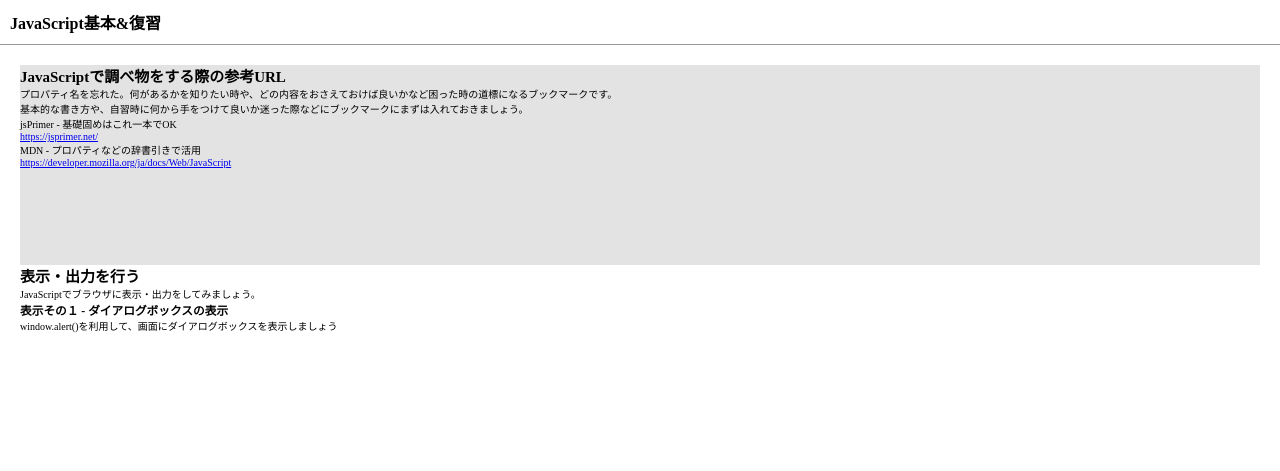
Repository: Yuto-Arakawa/study_js
Page: 01_basic/荒川/ara_basic01.html
The author's editor kept a copy of each file at every save. The page is drawn from the files as they stood at one save, then again after the next save.
The browser window is 1280 px wide. The pictures show the whole page.

Above is the page before, as saved 2026-11-06 14:50:47.

### 01_basic/荒川/ara_basic01.html
<!DOCTYPE html>
<html lang="ja">
<head>
  <meta charset="utf-8">
  <meta name="viewport" content="width=device-width, initial-scale=1">
  <meta name="color-scheme" content="light">
  <meta name="format-detection" content="telephone=no">
  <meta name="description" content="ここに説明文を設定">
  <title>ara_basic01</title>

  <!-- 共有用 OGP / X(Twitter) -->
  <meta property="og:site_name" content="サイト名">
  <meta property="og:title" content="サイトタイトル">
  <meta property="og:description" content="サイト説明文">
  <meta property="og:type" content="website">
  <meta property="og:url" content="https://hoge.ecc.com/">
  <meta property="og:image" content="https://hoge.ecc.com/ogp.png">
  <meta name="twitter:card" content="summary_large_image">
  <meta name="twitter:site" content="@twitteraccount">

  <!-- 正規URL -->
  <link rel="canonical" href="URL">
	<!-- 多言語サイト用 -->
	<!-- <link rel="alternate" hreflang="ja" href="URL"> -->

  <!-- アイコン（SVG優先、ICOフォールバック、Apple Touch） -->
  <link rel="icon" type="image/svg+xml" href="favicon.svg">
  <link rel="alternate icon" href="favicon.ico">
  <link rel="apple-touch-icon" href="apple-touch-icon.png" sizes="180x180">

  <!-- テーマカラー（PWAでなくてもアドレスバー色に反映） -->
  <meta name="theme-color" content="#FFFFFF">

	<!-- スタイルの読み込み -->
    <link rel="stylesheet" href="css/ress.css">
    <link rel="stylesheet" href="css/basic01.css">

</head>
<body>
    <header>
        <h1>JavaScript基本&復習</h1>
    </header>
    <main>
        <div class="reference">
            <h2>JavaScriptで調べ物をする際の参考URL</h2>
                <p>
                    プロパティ名を忘れた。何があるかを知りたい時や、どの内容をおさえておけば良いかなど困った時の道標になるブックマークです。<br>
                    基本的な書き方や、自習時に何から手をつけて良いか迷った際などにブックマークにまずは入れておきましょう。
                </p>

                <p>
                    jsPrimer - 基礎固めはこれ一本でOK<br>
                    <a href="https://jsprimer.net/" target="_blank">https://jsprimer.net/</a>
                </p>
                <p>
                    MDN - プロパティなどの辞書引きで活用<br>
                    <a href="https://developer.mozilla.org/ja/docs/Web/JavaScript" target="_blank">https://developer.mozilla.org/ja/docs/Web/JavaScript</a>
                </p>
        </div>
            <h2>表示・出力を行う</h2>
                <p>JavaScriptでブラウザに表示・出力をしてみましょう。</p>
            <h3>表示その１ - ダイアログボックスの表示</h3>
                <p>window.alert()を利用して、画面にダイアログボックスを表示しましょう</p>
    </main>
</body>
</html>

### 01_basic/荒川/css/ress.css
/* resset.dev • v6.0.0 */

/* # =================================================================
   # Global selectors
   # ================================================================= */

html {
  box-sizing: border-box;
  -webkit-text-size-adjust: 100%; /* Prevent adjustments of font size after orientation changes in iOS */
  word-break: normal;
  -moz-tab-size: 4;
  tab-size: 4;
}

*,
::before,
::after {
  background-repeat: no-repeat; /* Set `background-repeat: no-repeat` to all elements and pseudo elements */
  box-sizing: inherit;
}

::before,
::after {
  text-decoration: inherit; /* Inherit text-decoration and vertical align to ::before and ::after pseudo elements */
  vertical-align: inherit;
}

* {
  padding: 0; /* Reset `padding` and `margin` of all elements */
  margin: 0;
}

/* # =================================================================
   # General elements
   # ================================================================= */

hr {
  overflow: visible; /* Show the overflow in Edge and IE */
  height: 0; /* Add the correct box sizing in Firefox */
  color: inherit; /* Correct border color in Firefox. */
}

details,
main {
  display: block; /* Render the `main` element consistently in IE. */
}

summary {
  display: list-item; /* Add the correct display in all browsers */
}

small {
  font-size: 80%; /* Set font-size to 80% in `small` elements */
}

[hidden] {
  display: none; /* Add the correct display in IE */
}

abbr[title] {
  border-bottom: none; /* Remove the bottom border in Chrome 57 */
  /* Add the correct text decoration in Chrome, Edge, IE, Opera, and Safari */
  text-decoration: underline;
  text-decoration: underline dotted;
}

a {
  background-color: transparent; /* Remove the gray background on active links in IE 10 */
}

a:active,
a:hover {
  outline-width: 0; /* Remove the outline when hovering in all browsers */
}

code,
kbd,
pre,
samp {
  font-family: monospace, monospace; /* Specify the font family of code elements */
}

pre {
  font-size: 1em; /* Correct the odd `em` font sizing in all browsers */
}

b,
strong {
  font-weight: bolder; /* Add the correct font weight in Chrome, Edge, and Safari */
}

/* https://gist.github.com/unruthless/413930 */
sub,
sup {
  font-size: 75%;
  line-height: 0;
  position: relative;
  vertical-align: baseline;
}

sub {
  bottom: -0.25em;
}

sup {
  top: -0.5em;
}

table {
  border-color: inherit; /* Correct border color in all Chrome, Edge, and Safari. */
  text-indent: 0; /* Remove text indentation in Chrome, Edge, and Safari */
}

iframe {
  border-style: none;
}

/* # =================================================================
   # Accessibility
   # ================================================================= */

/* Specify the progress cursor of updating elements */
[aria-busy='true'] {
  cursor: progress;
}

/* Specify the pointer cursor of trigger elements */
[aria-controls] {
  cursor: pointer;
}

/* # =================================================================
   # Forms
   # ================================================================= */

input {
  border-radius: 0;
}

[type='number']::-webkit-inner-spin-button,
[type='number']::-webkit-outer-spin-button {
  height: auto; /* Correct the cursor style of increment and decrement buttons in Chrome */
}

[type='search'] {
  -webkit-appearance: textfield; /* Correct the odd appearance in Chrome and Safari */
  outline-offset: -2px; /* Correct the outline style in Safari */
}

[type='search']::-webkit-search-decoration {
  -webkit-appearance: none; /* Remove the inner padding in Chrome and Safari on macOS */
}

textarea {
  overflow: auto; /* Internet Explorer 11+ */
  resize: vertical; /* Specify textarea resizability */
}

button,
input,
optgroup,
select,
textarea {
  font: inherit; /* Specify font inheritance of form elements */
}

optgroup {
  font-weight: bold; /* Restore the font weight unset by the previous rule */
}

button {
  overflow: visible; /* Address `overflow` set to `hidden` in IE 8/9/10/11 */
}

button,
select {
  text-transform: none; /* Firefox 40+, Internet Explorer 11- */
}

/* Apply cursor pointer to button elements */
button,
[type='button'],
[type='reset'],
[type='submit'],
[role='button'] {
  cursor: pointer;
}

/* Remove inner padding and border in Firefox 4+ */
button::-moz-focus-inner,
[type='button']::-moz-focus-inner,
[type='reset']::-moz-focus-inner,
[type='submit']::-moz-focus-inner {
  border-style: none;
  padding: 0;
}

/* Replace focus style removed in the border reset above */
button:-moz-focusring,
[type='button']::-moz-focus-inner,
[type='reset']::-moz-focus-inner,
[type='submit']::-moz-focus-inner {
  outline: 1px dotted ButtonText;
}

button,
html [type='button'], /* Prevent a WebKit bug where (2) destroys native `audio` and `video`controls in Android 4 */
[type='reset'],
[type='submit'] {
  -webkit-appearance: button; /* Correct the inability to style clickable types in iOS */
}

/* Remove the default button styling in all browsers */
button,
input,
select,
textarea {
  background-color: transparent;
  border-style: none;
}

a:focus,
button:focus,
input:focus,
select:focus,
textarea:focus {
  outline-width: 0;
}

/* Style select like a standard input */
select {
  -moz-appearance: none; /* Firefox 36+ */
  -webkit-appearance: none; /* Chrome 41+ */
}

select::-ms-expand {
  display: none; /* Internet Explorer 11+ */
}

select::-ms-value {
  color: currentColor; /* Internet Explorer 11+ */
}

legend {
  border: 0; /* Correct `color` not being inherited in IE 8/9/10/11 */
  color: inherit; /* Correct the color inheritance from `fieldset` elements in IE */
  display: table; /* Correct the text wrapping in Edge and IE */
  max-width: 100%; /* Correct the text wrapping in Edge and IE */
  white-space: normal; /* Correct the text wrapping in Edge and IE */
  max-width: 100%; /* Correct the text wrapping in Edge 18- and IE */
}

::-webkit-file-upload-button {
  /* Correct the inability to style clickable types in iOS and Safari */
  -webkit-appearance: button;
  color: inherit;
  font: inherit; /* Change font properties to `inherit` in Chrome and Safari */
}

/* Replace pointer cursor in disabled, not-editable, or otherwise inoperable elements */
[disabled],
[aria-disabled='true'] {
  cursor: default;
}

/* # =================================================================
   # Specify media element style
   # ================================================================= */

img {
  border-style: none; /* Remove border when inside `a` element in IE 8/9/10 */
}

/* Add the correct vertical alignment in Chrome, Firefox, and Opera */
progress {
  vertical-align: baseline;
}

### 01_basic/荒川/css/basic01.css
html{
    font-size: 62.5%;
}

header{
    padding: 1rem;
    border-bottom: solid 1px #999;
    font-size: 8px;
}

main{
    padding: 20px;
}

.reference{
    height: 200px;
    background-color: #e3e3e3;
}

After the next save:
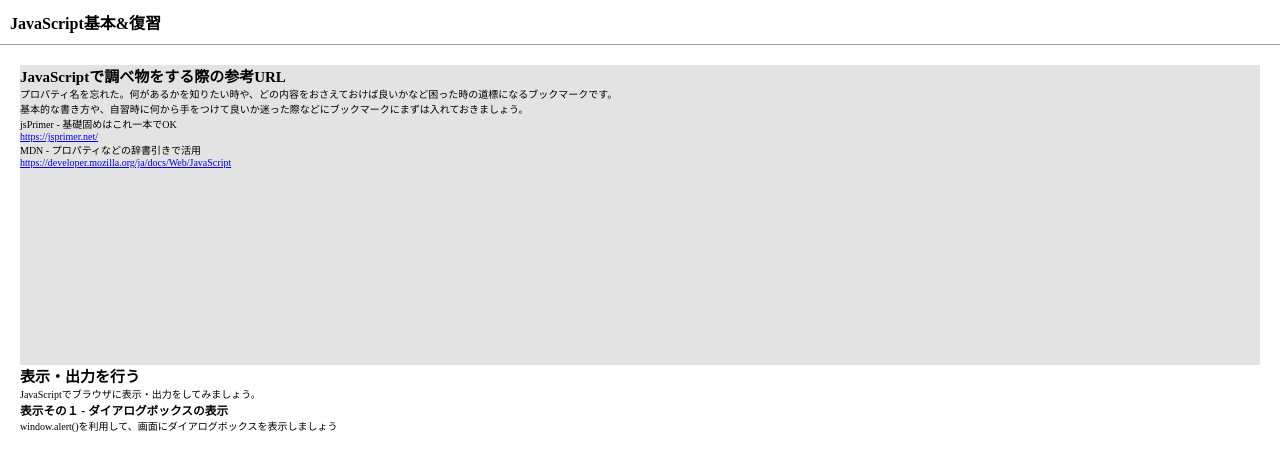
Saved 9 s later.
--- a/01_basic/荒川/css/basic01.css
+++ b/01_basic/荒川/css/basic01.css
@@ -13,6 +13,6 @@ main{
 }
 
 .reference{
-    height: 200px;
+    height: 300px;
     background-color: #e3e3e3;
 }
